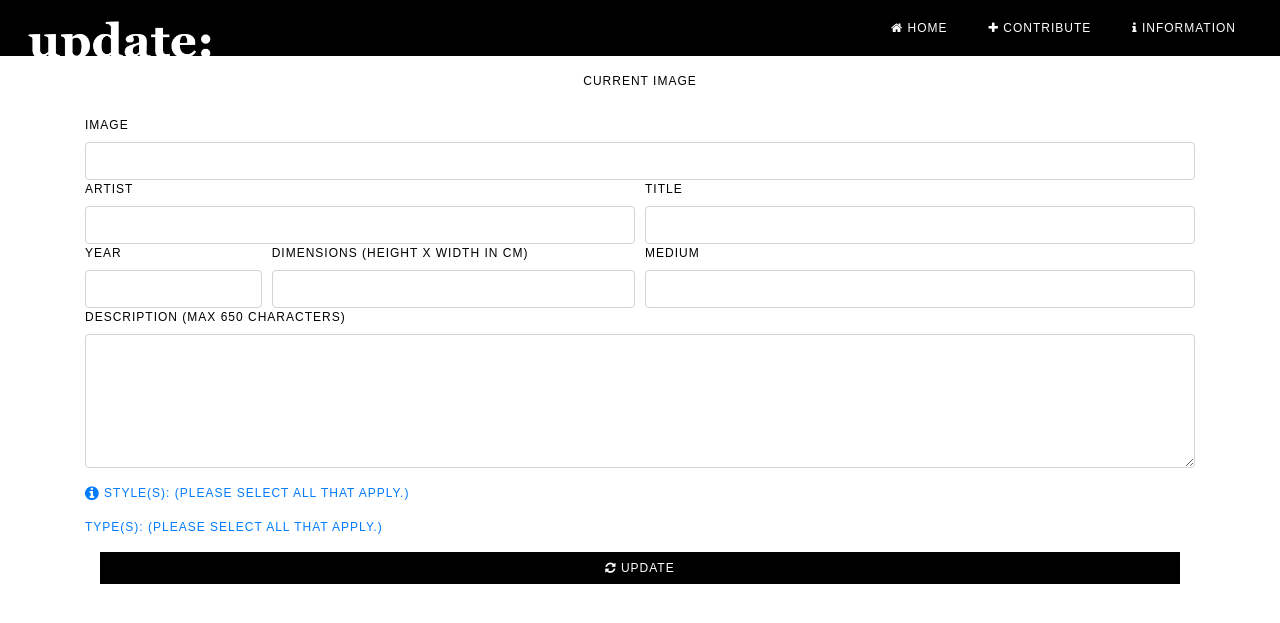
Repository: lynette-lyf/artwork-inventory
Page: templates/edit_artwork.template.html
The author's editor kept a record of every edit. The page is drawn from the files as they stood at one moment, then again after the next edit.
The browser window is 1280 px wide. The pictures show the whole page.
The page is served by the project's application, run on Flask 3 (app.py). The template is opened directly, without the code that normally fills it, so the values that code supplies are empty.

Above is the page before.

After the next edit:
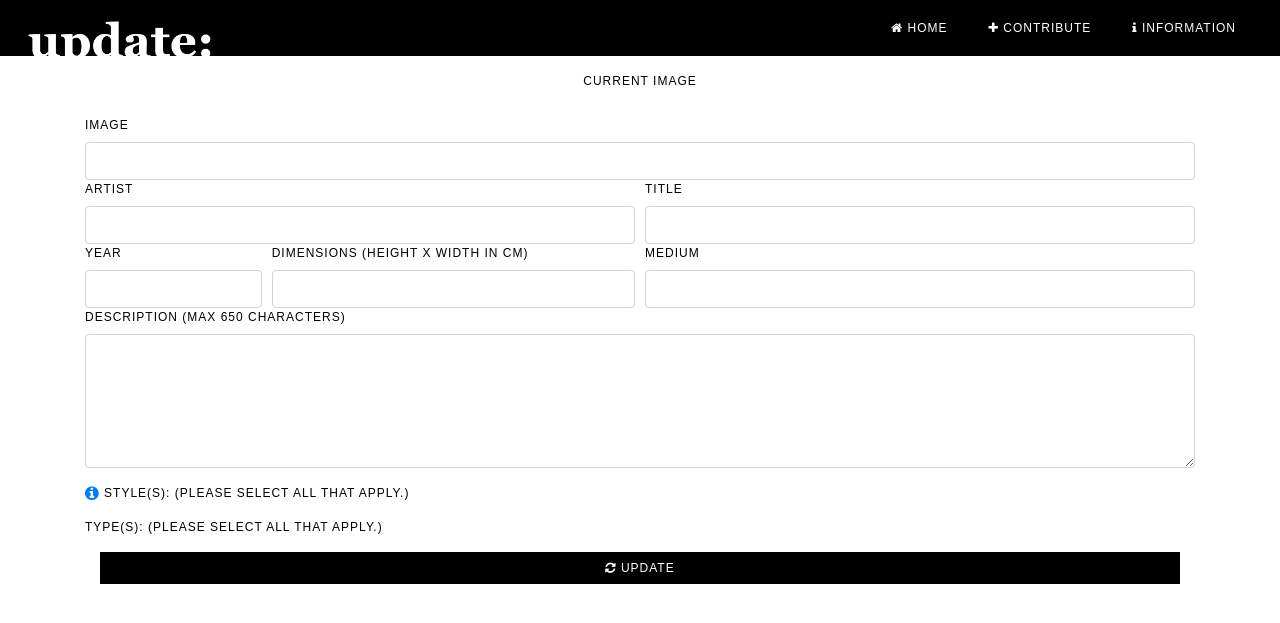
The edit:
--- a/templates/edit_artwork.template.html
+++ b/templates/edit_artwork.template.html
@@ -192,9 +192,8 @@
 
 
             <div class='form-group'>
-                <a href='information/artstyles'><i id="info-style" class="fa fa-info-circle fa-lg" aria-hidden="true"></i>
-
-                Style(s): (Please select all that apply.)
+                <p><a href='information/artstyles'><i id="info-style" class="fa fa-info-circle fa-lg" aria-hidden="true"></i></a>
+                Style(s): (Please select all that apply.)</p>
                 {%for t in all_styles %}
                 <input type="checkbox" name="type" value="{{t}}"
                 {%if t in selected_type %}
